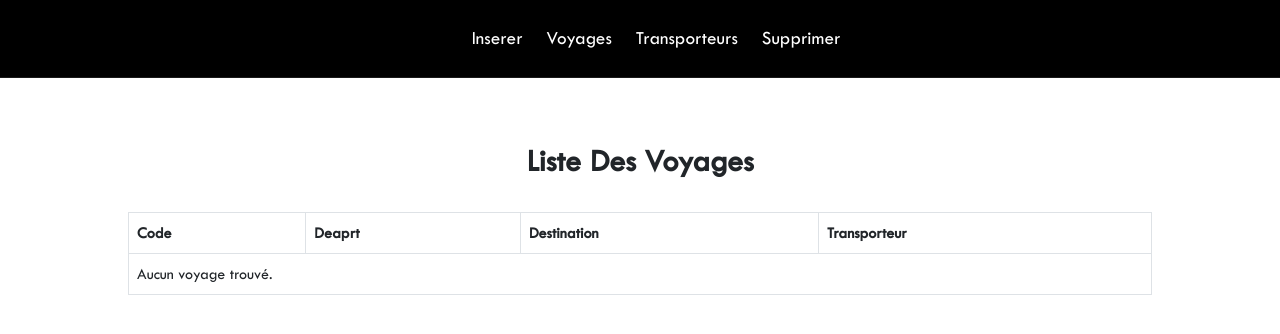
Repository: padevft/examen1-php
Page: http://localhost/server/pages/transporteurs.php
An editor plug-in stored every save of this project. The page is shown before and after the next save, followed by the edit.
The browser window is 1280 px wide. The pictures show the whole page.
The page is run by PHP 8.4 with error messages shown; the project is at /var/www/html/.

Above is the page before, as saved 2023-10-10 23:36:14.

### server/pages/transporteurs.php
<?php
    // require_once('../voyage/includes/Voyage.php');
    // require_once('../voyage/modeleVoyage.php');
    function Ctr_Liste(){
        // return Mdl_ListeTransporteur();
        return "";
    }
    $resultat = Ctr_Liste();
?>

<!DOCTYPE html>
<html lang="en">

<head>
  <meta charset="UTF-8" />
  <meta name="viewport" content="width=device-width, initial-scale=1.0" />
  <title>Examen1</title>

  <link rel="stylesheet" href="../../client/utilitaires/bootstrap/css/bootstrap.min.css">
  <link rel="stylesheet" href="../../client/utilitaires/font-awesome-4.7.0/css/font-awesome.min.css">
  <link rel="stylesheet" href="../../client/utilitaires/swiper/swiper-bundle.min.css">
  <link rel="stylesheet" href="../../client/css/styles.css">

</head>

<body>
  <header>
    <nav class="container-nav">
        <ul class="d-flex flex-row align-items-center justify-content-center gap-4 menu">
          <li><a href="./../../index.php" class="menu-item">Inserer</a></li>
            <li><a href="/server/pages/voyages.php" class="menu-item">Voyages</a></li>
            <li><a href="/server/pages/transporteurs.php" class="menu-item">Transporteurs</a></li>
            <li><a href="/server/pages/supprimerVols.php" class="menu-item">Supprimer</a></li>
        </ul>
    </nav>
  </header>
  <main class="voyages">
    <h2 class="d-flex justify-content-center py-3"><b>Liste Des Voyages</b></h2>
    <div class="table-responsive">
        <table class="table table-bordered rounded my-2 bg-white">
                <thead>
                    <tr class="active text-secondary">
                        <th>Code</th>
                        <th>Deaprt</th>
                        <th>Destination</th>
                        <th>Transporteur</th>
                    </tr>
                </thead>
                <tbody>
                <?php
                    // Testez si $resultat est un tableau
                    if (is_array($resultat)) {
                        // Si c'est un tableau, itérez à travers les éléments et affichez-les
                        foreach ($resultat as $row) {
                            echo "<tr>";
                            echo "<td>" . $row['code'] . "</td>";
                            echo "<td>" . $row['depart'] . "</td>";
                            echo "<td>" . $row['destination'] . "</td>";
                            echo "<td>" . $row['transporteur'] . "</td>";
                            echo "</tr>";
                        }
                    } else {
                        // Sinon, affichez un message d'erreur
                        echo "<tr><td colspan='4'>Aucun voyage trouvé.</td></tr>";
                    }
                    ?>
                </tbody>
            </table>
    </div>

  </main>
  </main>
  <script src="../../client/utilitaires/Jquery/jquery-3.6.0.min.js"></script>
  <script src="../../client/utilitaires/bootstrap/js/bootstrap.min.js"></script>
</body>

</html>

### client/css/styles.css
/* var text-decoration */
@font-face {
  font-family: myfont;
  src: url(../utilitaires/fonts/ufonts.com_tw-cen-mt.ttf);
}

:root {
  --color-primary: #c54f13;
  --color-primary-1: #b76b452e;
  --color-white-1: #fff;
  --color-dashed: #cccccc2f;
  --color-dashed-1: #cccccc90;
  --color-bg-1: rgba(0, 0, 0, 0.366);
}

* {
  transition: all 0.5s ease;
}

body {
  font-family: myfont !important;
}
h1 {
  display: inline-flex;
  position: relative;
  cursor: pointer;
}

a {
  color: unset;
  outline: unset;
  text-decoration: none !important;
}

ul {
  list-style-type: none; /* Retire les puces */
}

/*

****************************
Header
****************************

*/

header ul {
  margin: 0 !important;
}
.container-nav {
  padding: 1.5rem 0rem;
  background-color: black;
  border-bottom: 1px solid rgba(255, 255, 255, 0.1);
}

.menu-item {
  display: inline;
  position: relative;
  color: var(--color-white-1);
  padding-bottom: 5px;
  font-size: 1.2rem;
}

.menu-item:hover {
  color: var(--color-primary);
}
.menu-item::before {
  content: "";
  position: absolute;
  bottom: 0;
  left: 0;
  background: var(--color-primary);
  height: 2.5px;
  opacity: 1;
  visibility: visible;
  width: 0;
  -webkit-transition: 0.4s all ease-out;
  -o-transition: 0.4s all ease-out;
  transition: 0.4s all ease-out;
}
.menu-item:hover:before {
  width: 100%;
}

.container-form{
  border : 1px solid #ccc;
  border-radius: 10px;
  height: 100vh;
}
.voyages{
  padding: 3rem 8rem;
}

Loaded but not shown: client/utilitaires/bootstrap/css/bootstrap.min.css (library); client/utilitaires/font-awesome-4.7.0/css/font-awesome.min.css (library); client/utilitaires/swiper/swiper-bundle.min.css (library); client/utilitaires/Jquery/jquery-3.6.0.min.js (library); client/utilitaires/bootstrap/js/bootstrap.min.js (library)

After the next save:
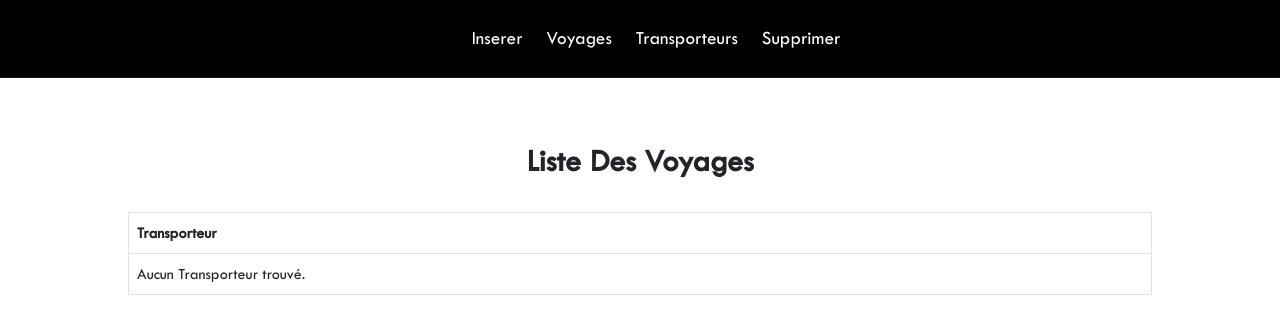
Saved 26 s later.
--- a/server/pages/transporteurs.php
+++ b/server/pages/transporteurs.php
@@ -40,9 +40,6 @@
         <table class="table table-bordered rounded my-2 bg-white">
                 <thead>
                     <tr class="active text-secondary">
-                        <th>Code</th>
-                        <th>Deaprt</th>
-                        <th>Destination</th>
                         <th>Transporteur</th>
                     </tr>
                 </thead>
@@ -53,15 +50,12 @@
                         // Si c'est un tableau, itérez à travers les éléments et affichez-les
                         foreach ($resultat as $row) {
                             echo "<tr>";
-                            echo "<td>" . $row['code'] . "</td>";
-                            echo "<td>" . $row['depart'] . "</td>";
-                            echo "<td>" . $row['destination'] . "</td>";
                             echo "<td>" . $row['transporteur'] . "</td>";
                             echo "</tr>";
                         }
                     } else {
                         // Sinon, affichez un message d'erreur
-                        echo "<tr><td colspan='4'>Aucun voyage trouvé.</td></tr>";
+                        echo "<tr><td colspan='4'>Aucun Transporteur trouvé.</td></tr>";
                     }
                     ?>
                 </tbody>
